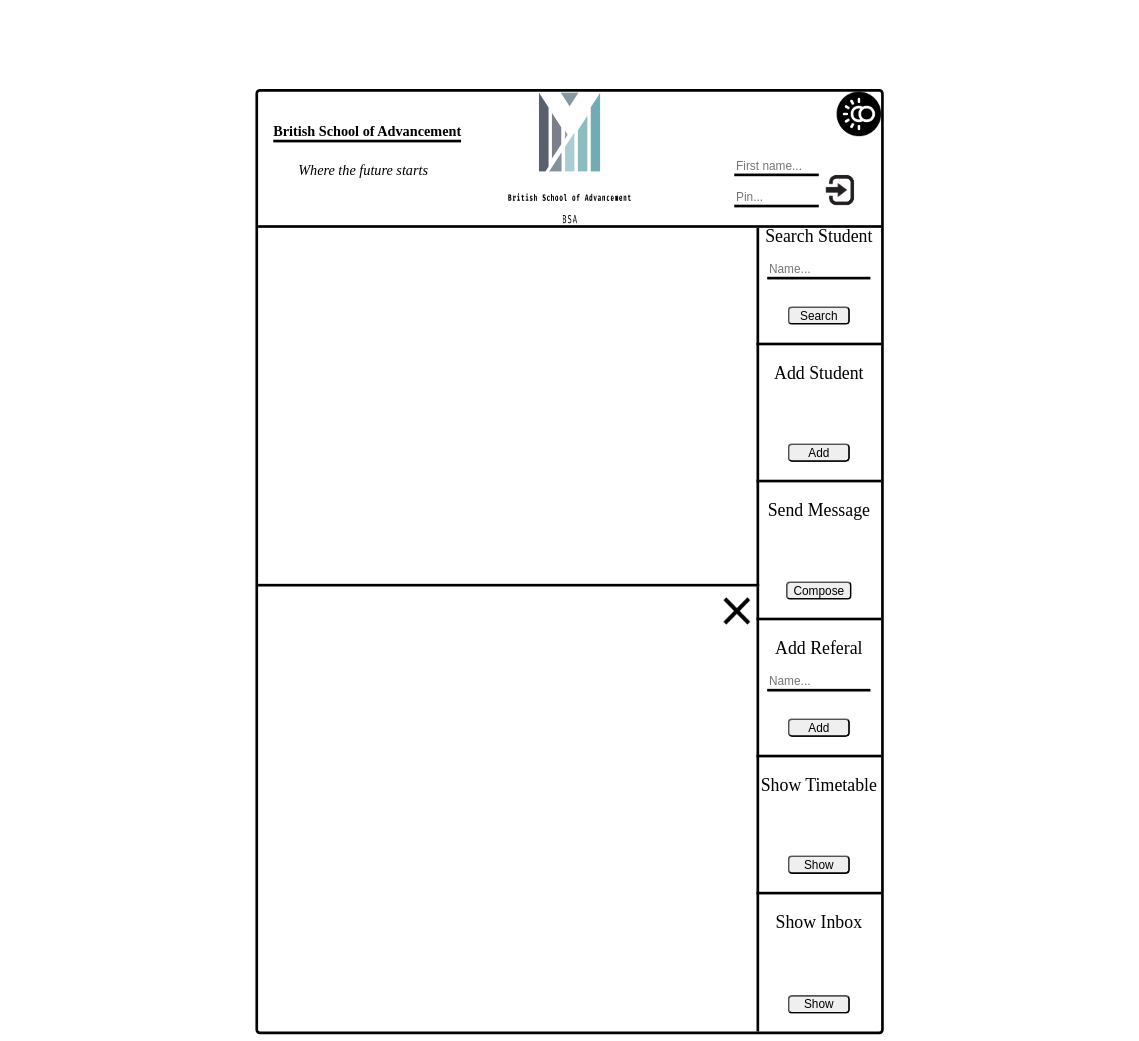
Repository: ghend99/Guardian-Application
Page: index.html
An editor plug-in stored every save of this project. The page is shown before and after the next save, followed by the edit.
The browser window is 1280 px wide. The pictures show the whole page, at 89% of full size.

Above is the page before, as saved 2023-06-05 21:06:50.

After the next save:
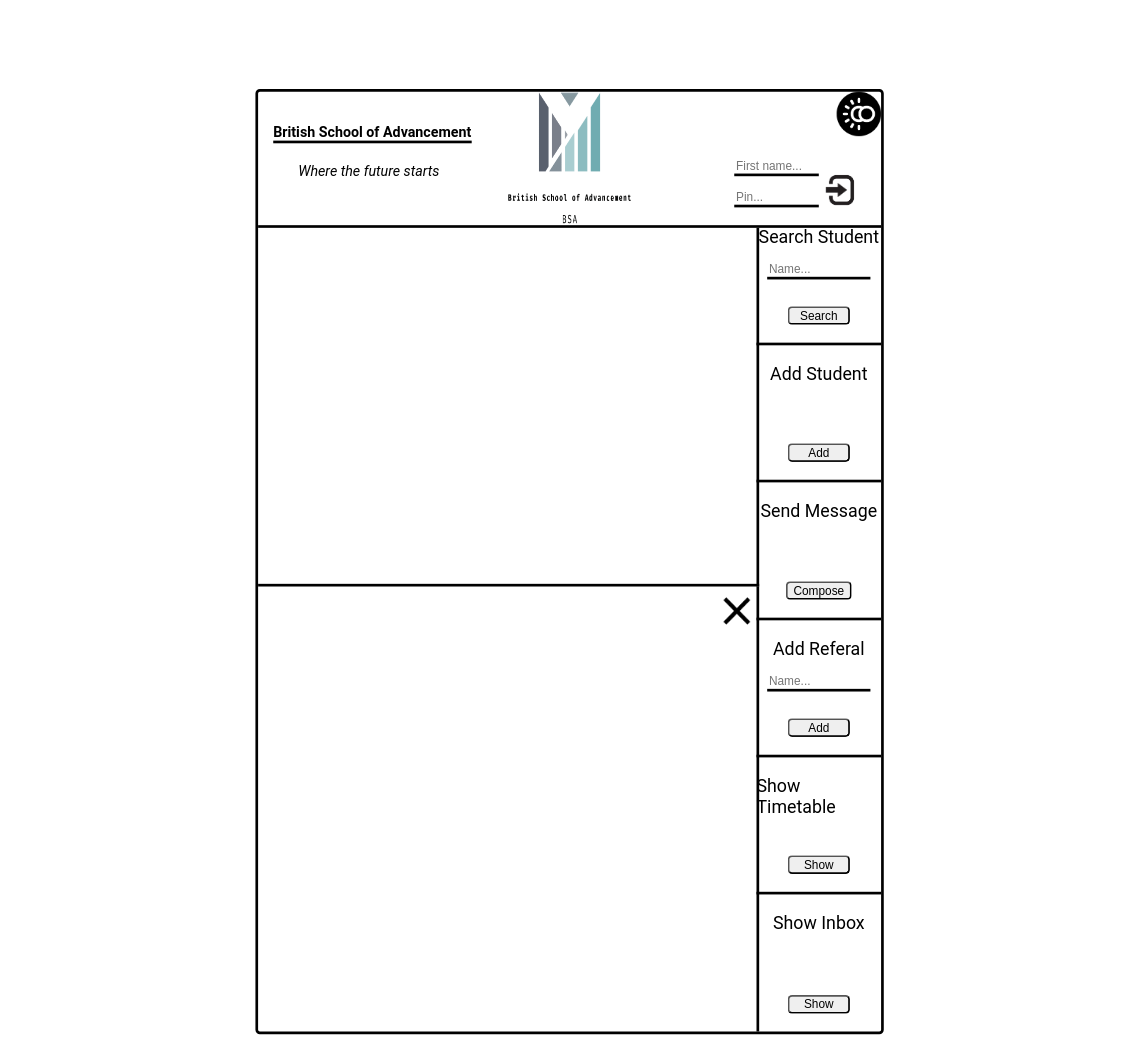
Saved 54 s later.
--- a/style.css
+++ b/style.css
@@ -4,6 +4,10 @@
   border: none;
   border-bottom: solid;
   outline: none;
+}
+
+.page-headers {
+  font-family: "Roboto", Arial;
 }
 
 #main-container {
